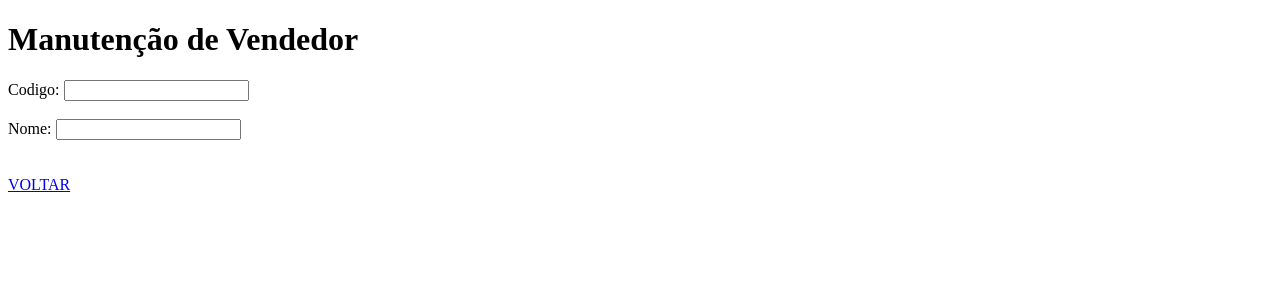
Repository: gabriellacrystina/workspaceWeb
Page: http://localhost/PrjVendas/ManutencaoVendedor.jsp
The author's editor kept a copy of each file at every save. The page is drawn from the files as they stood at one save, then again after the next save.
The browser window is 1280 px wide. The pictures show the whole page.
The page is served by Tomcat 9.

Above is the page before, as saved 2015-09-15 00:12:05.

After the next save:
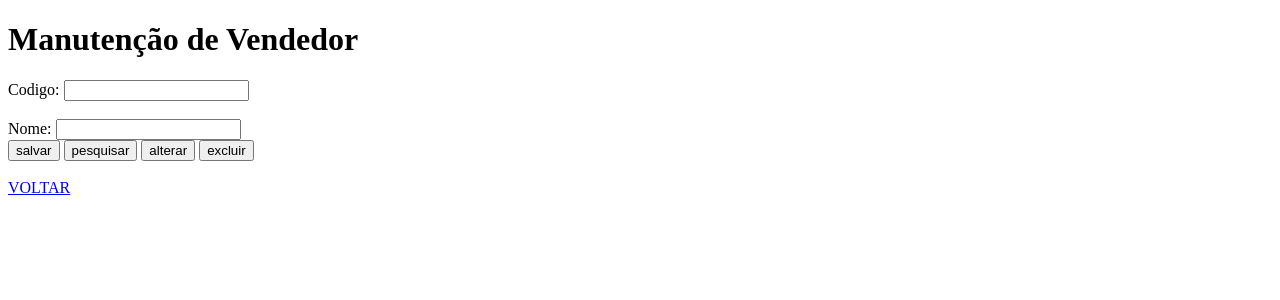
Saved 2 min 6 s later.
--- a/PrjVendas/WebContent/ManutencaoVendedor.jsp
+++ b/PrjVendas/WebContent/ManutencaoVendedor.jsp
@@ -12,8 +12,13 @@
 				Codigo: <input type="text" name="codigo"><br><br>
 				Nome: <input type="text" name="nome"><br>
 
+			<input type="submit" name="btnSubmit" value="salvar">
+			<input type="submit" name="btnSubmit" value="pesquisar">
+			<input type="submit" name="btnSubmit" value="alterar">
+			<input type="submit" name="btnSubmit" value="excluir">
 
-		<br><br><a href="Menu.jsp">VOLTAR</a><br>
+
+			<br><br><a href="Menu.jsp">VOLTAR</a><br>
 		</form>
 	</body>
 </html>
